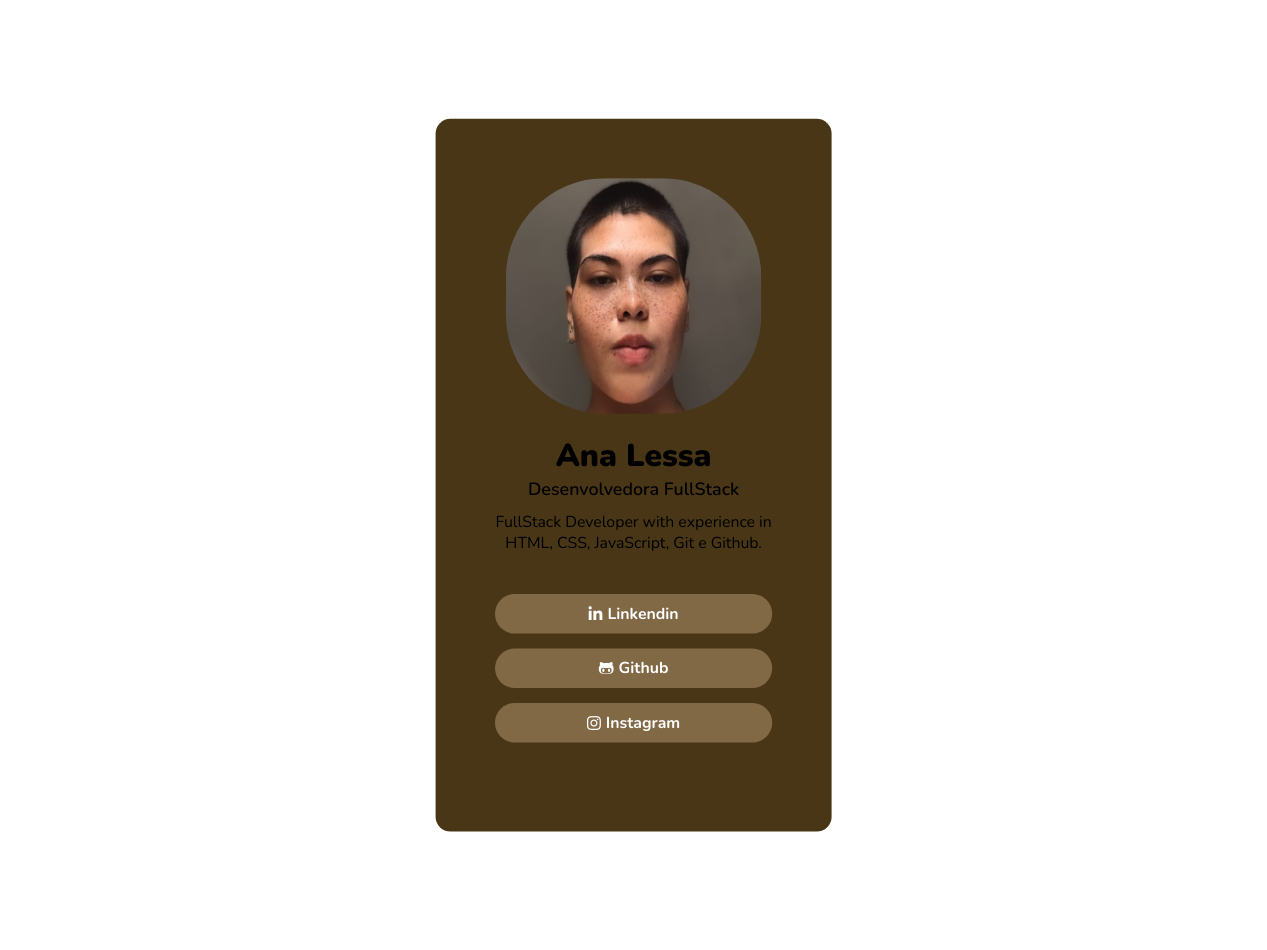
Repository: analessp/linktree
Page: index.html
The author's editor kept a copy of each file at every save. The page is drawn from the files as they stood at one save, then again after the next save.
The browser window is 1280 px wide. The pictures show the whole page, at 99% of full size.

Above is the page before, as saved 2025-04-11 11:21:41.

After the next save:
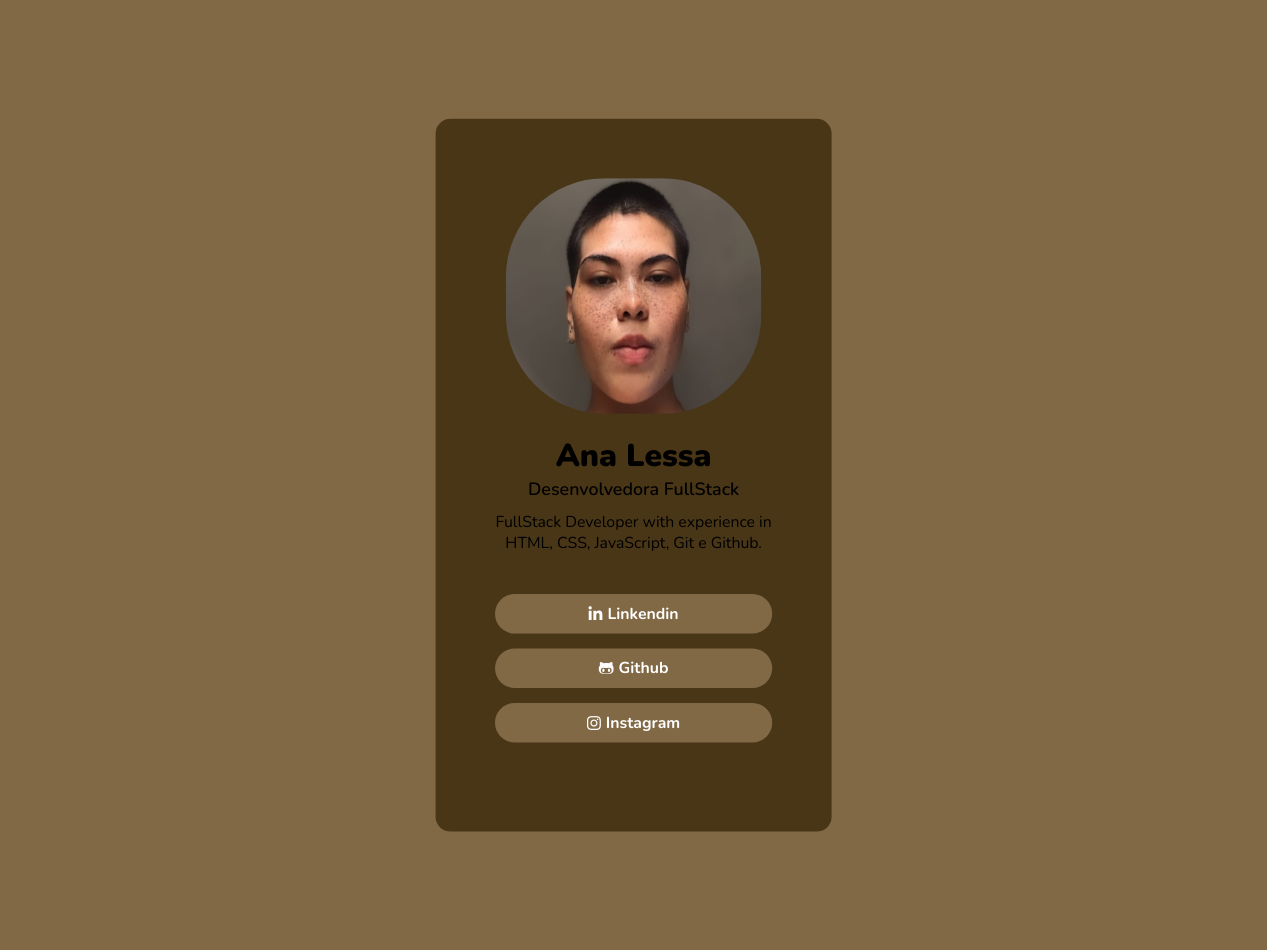
Saved 17 s later.
--- a/style.css
+++ b/style.css
@@ -6,7 +6,7 @@
 }
 
 body {
-    background-color: ##816946;
+    background-color: #816946;
 }
 
 .container-main {
